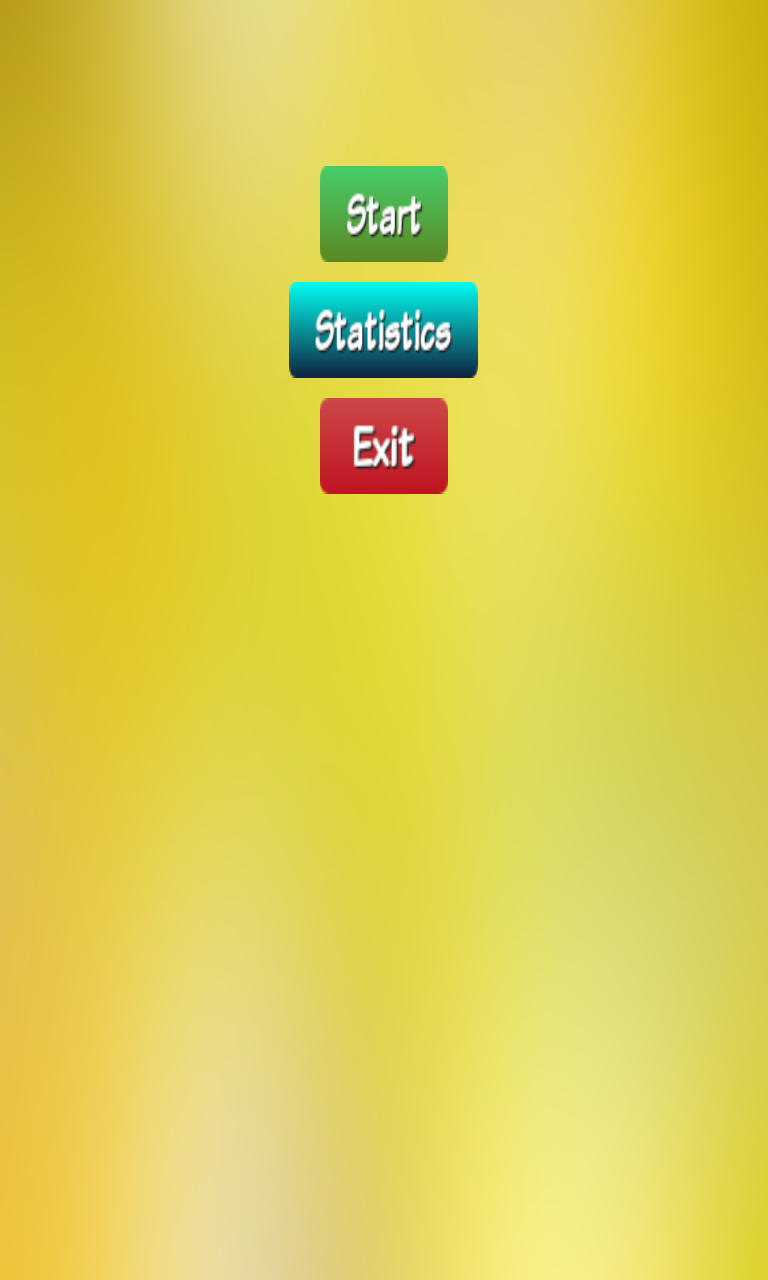
Repository: kingstonbg/workspaceAndroid
Layout: TaxiRoute/res/layout/activity_main_menu.xml
An editor plug-in stored every save of this project. The layout is shown before and after the next save, followed by the edit.
It is drawn on a 768 x 1280 px phone screen (xhdpi) without system bars, with theme AppTheme; the app's code is not run.

Above is the layout before, as saved 2013-01-24 23:12:17.

After the next save:
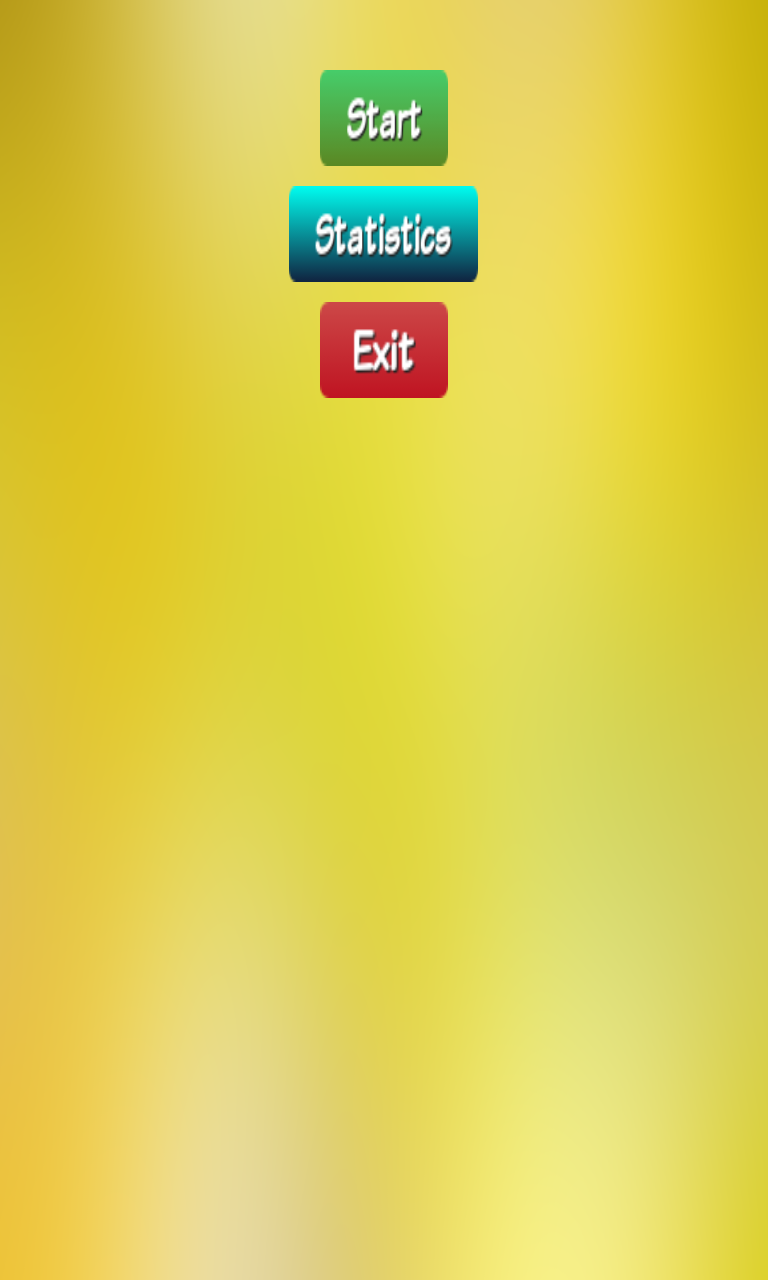
Saved 79 s later.
--- a/TaxiRoute/res/layout/activity_main_menu.xml
+++ b/TaxiRoute/res/layout/activity_main_menu.xml
@@ -6,7 +6,7 @@
     android:gravity="center_horizontal"
     android:orientation="vertical" >
 
-    <Button
+    <ImageView
         android:id="@+id/buttonFb"
         android:layout_width="110dp"
         android:layout_height="wrap_content"
